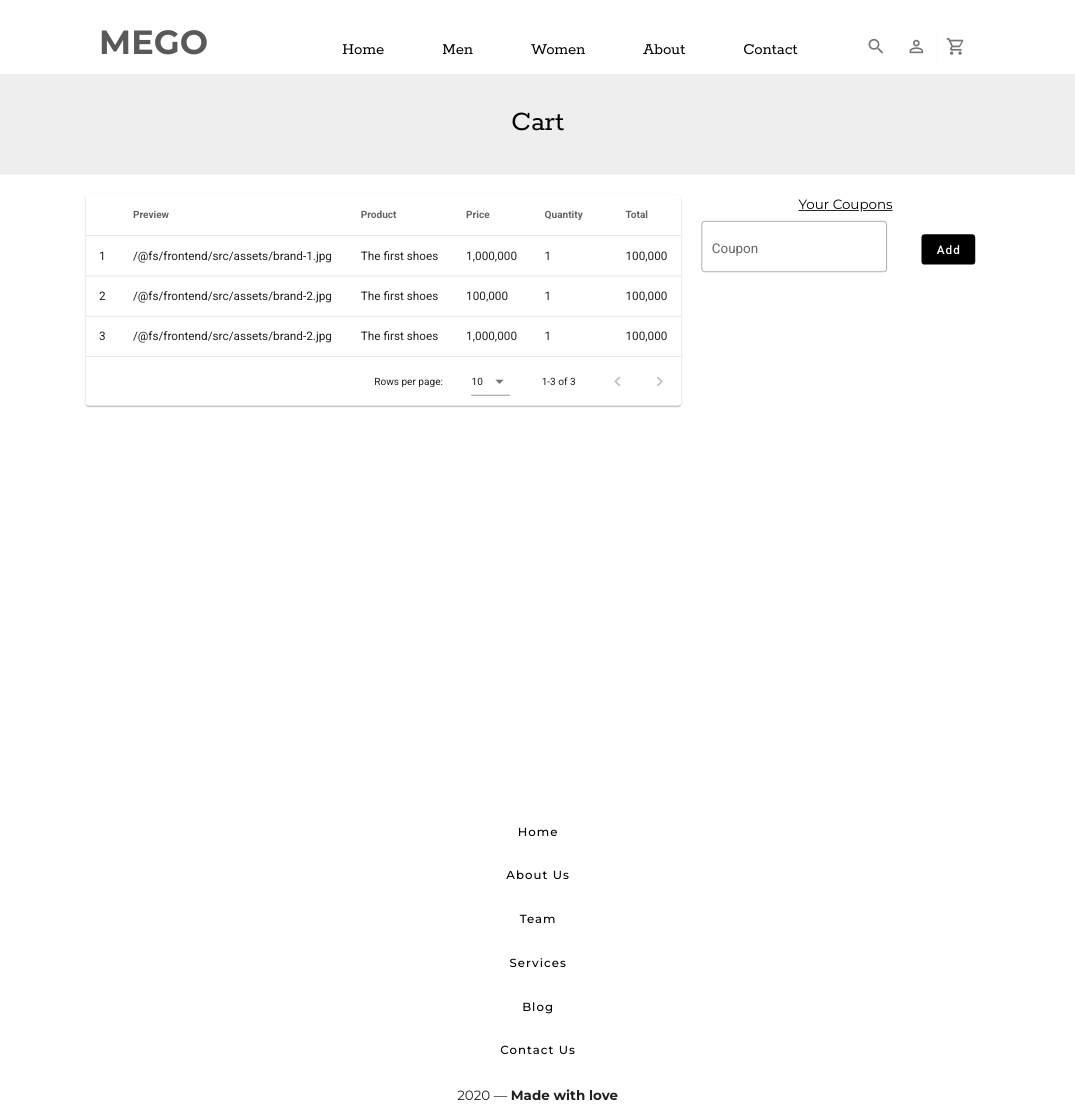
Repository: nguyenphuong152/shoesstore
Page: /cart (app in frontend/)
The author's editor kept a copy of each file at every save. The page is drawn from the files as they stood at one save, then again after the next save.
The browser window is 1280 px wide. The pictures show the whole page, at 84% of full size.
The project was rebuilt for these pictures with package versions that can differ from the ones it lists, and the page was loaded fresh each time. Also part of the build but not shown: frontend/vue.config.js, frontend/src/components/Customer/Collection.vue, frontend/src/components/Customer/Banner.vue, frontend/src/components/Customer/BestSeller.vue, frontend/src/components/Customer/Partner.vue, frontend/src/views/Customer/Home.vue, frontend/src/components/Customer/ProductCategory.vue, frontend/src/components/Customer/ProductView.vue and 10 more. Imported but missing from the stored project, and not drawn on this page: frontend/src/views/Admin/Category.vue, frontend/src/views/Admin/ManageProduct.vue, frontend/src/views/Admin/ManageUser.vue, frontend/src/views/Admin/OrderList.vue.

Above is the page before, as saved 2020-11-28 09:49:44.

After the next save:
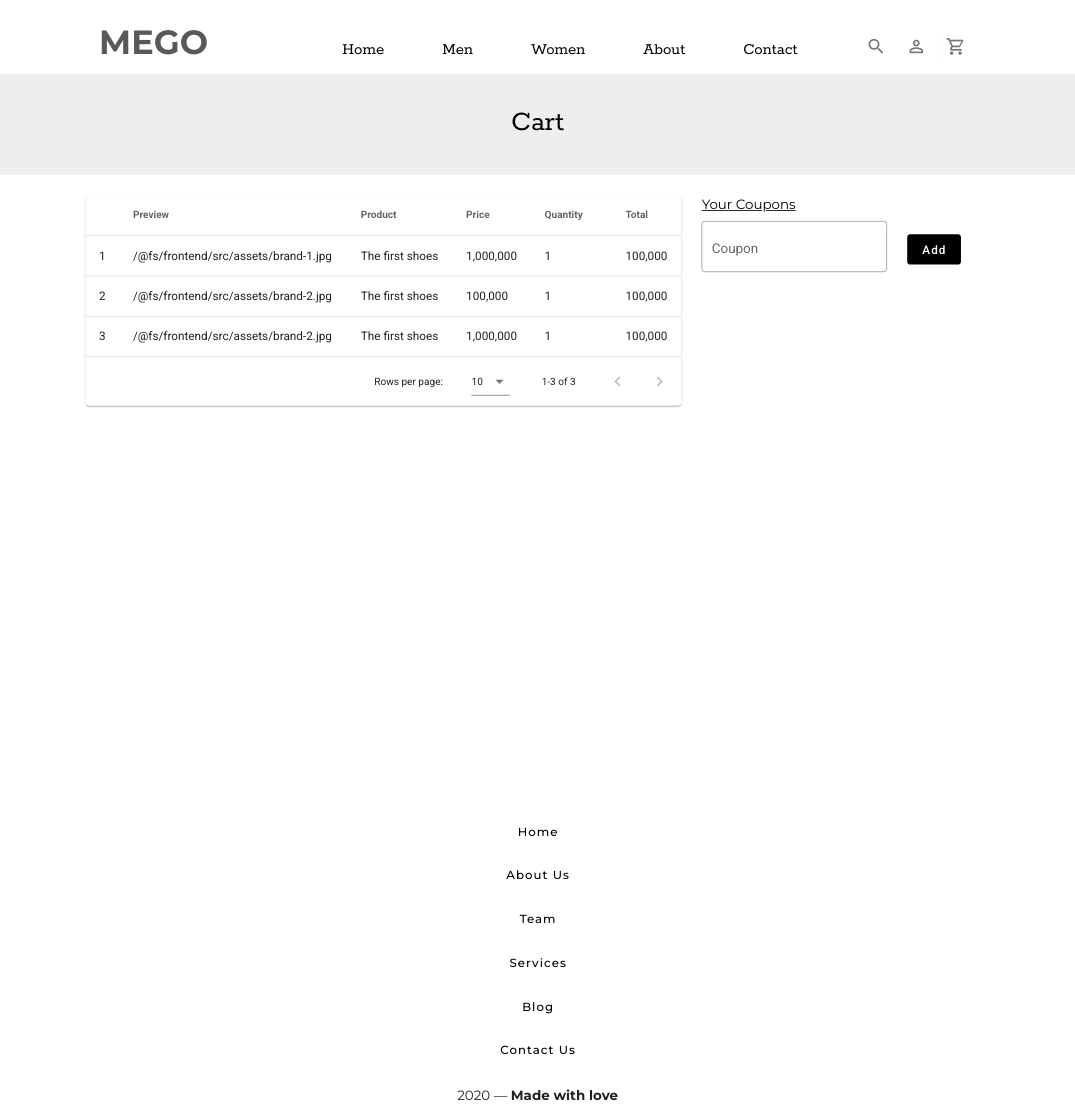
Saved 11 s later.
--- a/frontend/src/components/Customer/AddCoupon.vue
+++ b/frontend/src/components/Customer/AddCoupon.vue
@@ -1,6 +1,6 @@
 <template>
-  <div class="app">
-      <a class="admin text-start">Your Coupons</a>
+  <div class="app text-start">
+      <a class="admin">Your Coupons</a>
       <v-row class="d-flex align-baseline">
            <v-col
           cols="8"
